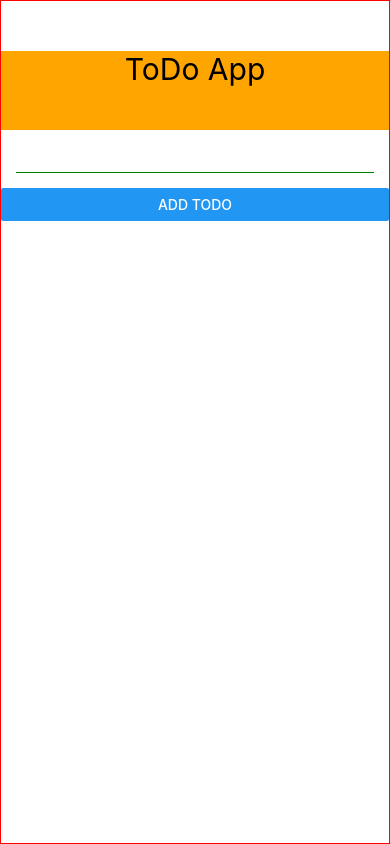
Repository: Ducbii4202/React-Native
Screen: /review-detail
These files come from the project's save history. The screen is drawn as it stood at one moment and after the next save; the edit follows.
The app was drawn by React Native's web renderer in a window 390 px wide. The project was rebuilt for these pictures with package versions that can differ from the ones it lists, and the page was loaded fresh each time.

Above is the screen before, as saved 2024-09-19 19:41:24.

After the next save:
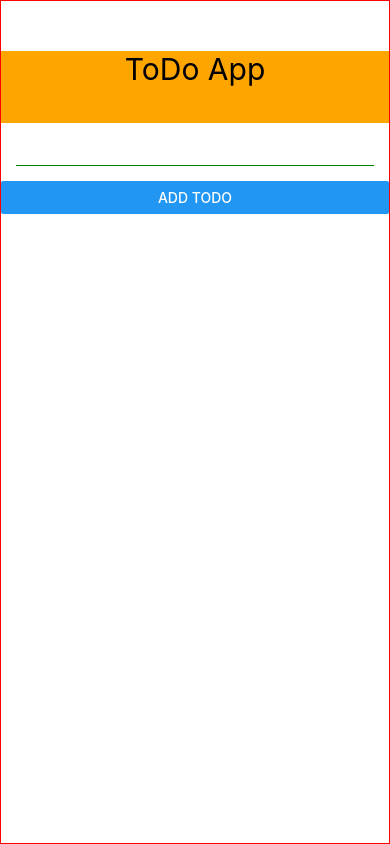
Saved 34 s later.
--- a/App.tsx
+++ b/App.tsx
@@ -106,7 +106,7 @@ const styles = StyleSheet.create({
 
   },
   form: {
-    flex: 1,
+    flex: 2,
 
   },
   todo: {
